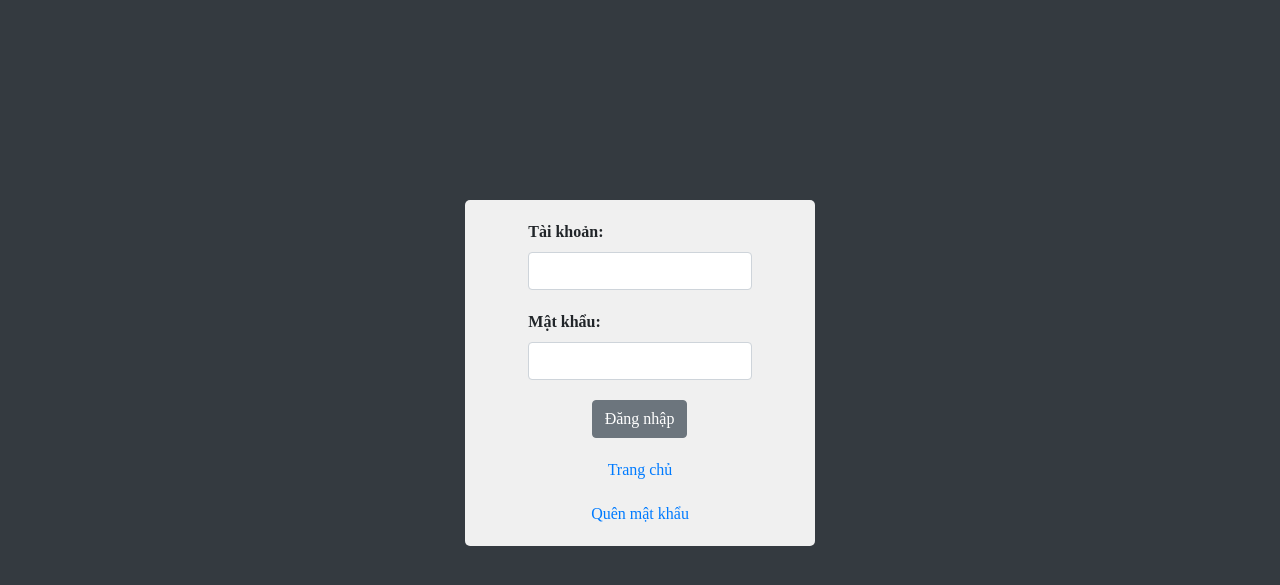
Repository: cuongnh2k/phimmoi
Page: http://localhost/phimmoi/Login.jsp
The author's editor kept a copy of each file at every save. The page is drawn from the files as they stood at one save, then again after the next save.
The browser window is 1280 px wide. The pictures show the whole page.
Some web fonts or font styles are not loaded; a fallback is used. The page is served by Tomcat 9. Nobody is signed in. The application's start-up code is not run.

Above is the page before, as saved 2021-08-23 02:59:43.

After the next save:
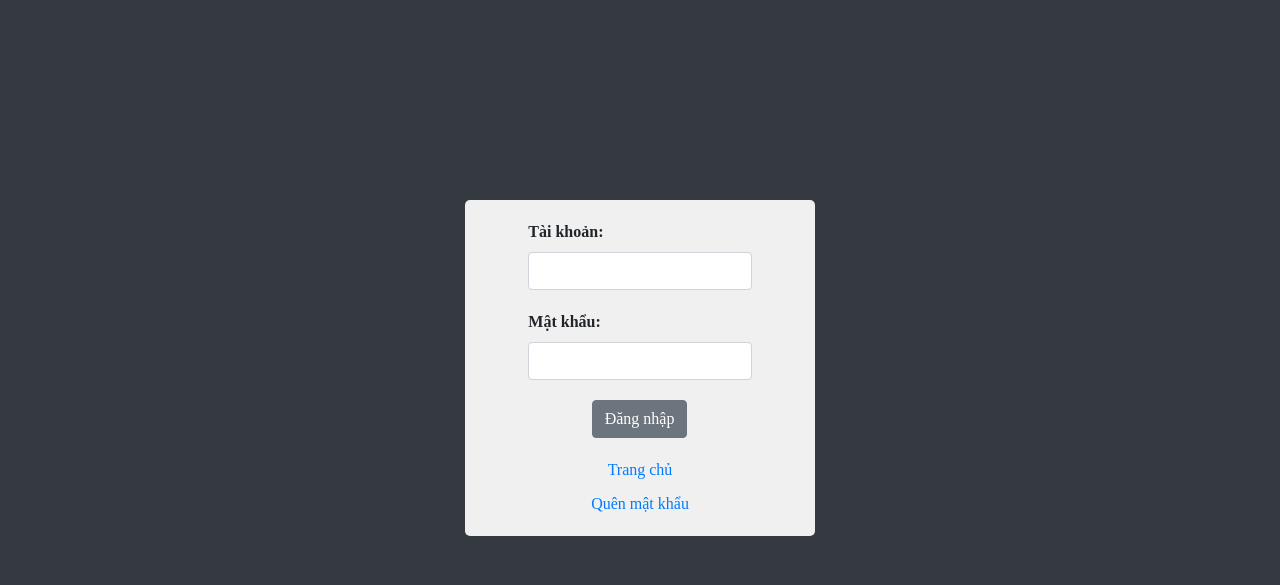
Saved 19 s later.
--- a/phimmoi/src/main/webapp/Login.jsp
+++ b/phimmoi/src/main/webapp/Login.jsp
@@ -97,7 +97,7 @@
 				<div class="col-12 text-center" style="margin-top: 20px;">
 					<a href="home" class="text-center">Trang chủ</a>
 				</div>
-				<div class="col-12 text-center" style="margin-top: 20px; margin-bottom: 20px;">
+				<div class="col-12 text-center" style="margin-top: 10px; margin-bottom: 20px;">
 					<a href="#" class="text-center">Quên mật khẩu</a>
 				</div>
 			</div>
